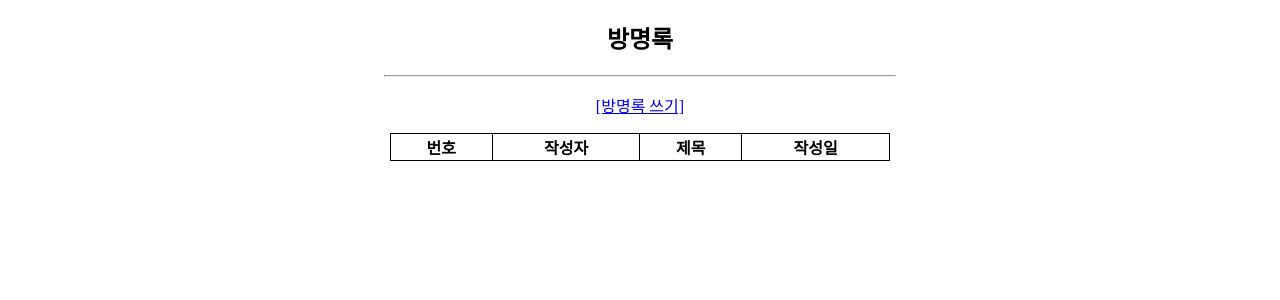
Repository: devnewbie-gt/60_web
Page: http://localhost/08_GuestBook/guestbook/list.jsp
These files come from the project's save history. The page is drawn as it stood at one moment and after the next save; the edit follows.
The browser window is 1280 px wide. The pictures show the whole page.
The page is served by Tomcat 9. Queries for data that is not in the repository find no rows.

Above is the page before, as saved 2021-01-31 14:32:52.

After the next save:
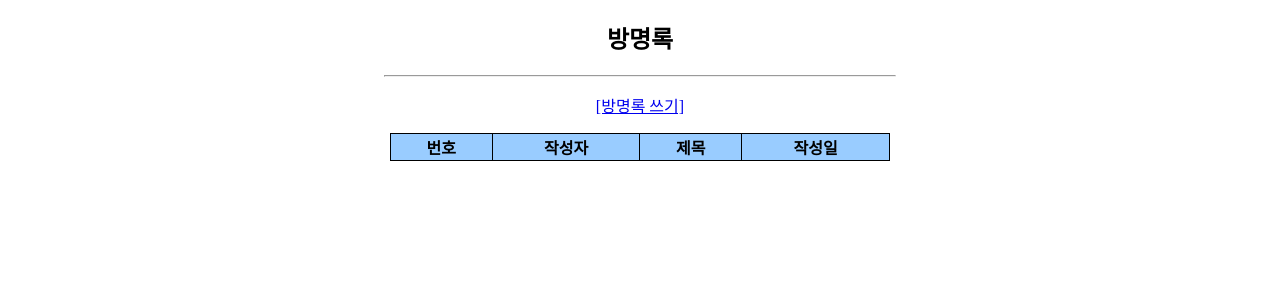
Saved 19 s later.
--- a/08_GuestBook/WebContent/guestbook/list.jsp
+++ b/08_GuestBook/WebContent/guestbook/list.jsp
@@ -28,6 +28,9 @@
 		border-collapse: collapse;
 	}
 	#container table th, #container table td { border: 1px solid black; }
+	#container table th {
+		background-color: #9cf;
+	}
 </style>
 </head>
 <body>
